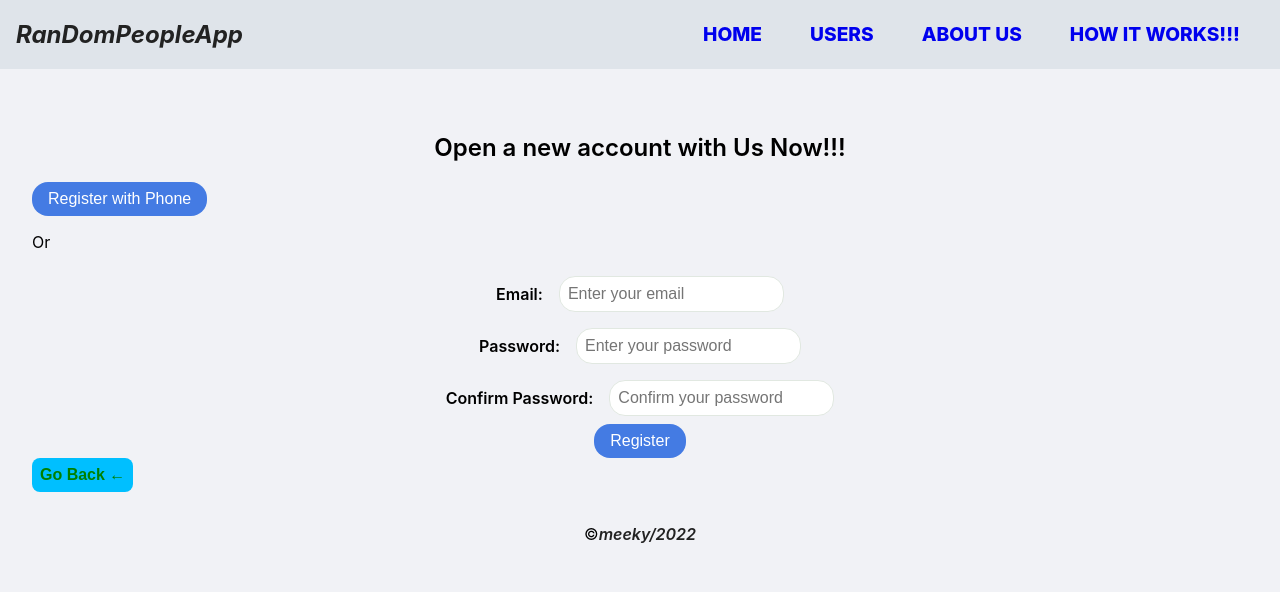
Repository: MikkyPrestige/RandomProfiles
Page: /register
These files come from the project's save history. The page is drawn as it stood at one moment and after the next save; the edit follows.
The browser window is 1280 px wide. The pictures show the whole page.
The page's requests for data from a server got no answer. The project was rebuilt for these pictures with package versions that can differ from the ones it lists, and the page was loaded fresh each time. Some packages were replaced by stand-ins written for this rebuild. No one was signed in, and anything a server would have sent is missing. Also part of the build but not shown: src/assets/styles/home.css, src/components/home.jsx, src/assets/styles/users.css, src/components/users.jsx, src/assets/styles/search.css, src/components/search.jsx, src/assets/styles/help.css, src/components/help.jsx and 9 more.

Above is the page before, as saved 2022-12-06 01:15:30.

### public/index.html
<!DOCTYPE html>
<html lang="en">

<head>
  <meta charset="utf-8" />
  <link rel="icon" href="%PUBLIC_URL%/favicon.ico" />
  <meta name="viewport" content="width=device-width, initial-scale=1" />
  <meta name="theme-color" content="#000000" />
  <meta name="description" content="Web site created using create-react-app" />
  <link rel="apple-touch-icon" href="%PUBLIC_URL%/logo192.png" />
  <!--
      manifest.json provides metadata used when your web app is installed on a
      user's mobile device or desktop. See https://developers.google.com/web/fundamentals/web-app-manifest/
    -->
  <link rel="manifest" href="%PUBLIC_URL%/manifest.json" />
  <!--
      Notice the use of %PUBLIC_URL% in the tags above.
      It will be replaced with the URL of the `public` folder during the build.
      Only files inside the `public` folder can be referenced from the HTML.

      Unlike "/favicon.ico" or "favicon.ico", "%PUBLIC_URL%/favicon.ico" will
      work correctly both with client-side routing and a non-root public URL.
      Learn how to configure a non-root public URL by running `npm run build`.
    -->
  <title>AltSchool Assignment 2</title>
</head>

<body>
  <noscript>You need to enable JavaScript to run this app.</noscript>
  <div id="root"></div>
  <!--
      This HTML file is a template.
      If you open it directly in the browser, you will see an empty page.

      You can add webfonts, meta tags, or analytics to this file.
      The build step will place the bundled scripts into the <body> tag.

      To begin the development, run `npm start` or `yarn start`.
      To create a production bundle, use `npm run build` or `yarn build`.
    -->
</body>

</html>

### src/index.css
body {
  margin: 0;
  font-family: -apple-system, BlinkMacSystemFont, 'Segoe UI', 'Roboto', 'Oxygen',
    'Ubuntu', 'Cantarell', 'Fira Sans', 'Droid Sans', 'Helvetica Neue',
    sans-serif;
  -webkit-font-smoothing: antialiased;
  -moz-osx-font-smoothing: grayscale;
  background-color: #f1f2f6;
}

code {
  font-family: source-code-pro, Menlo, Monaco, Consolas, 'Courier New',
    monospace;
}

### src/App.jsx
import * as React from "react";
import { ErrorBoundary } from "react-error-boundary";
import { Route, Routes } from "react-router-dom";
import {
  Layout,
  Home,
  Users,
  Search,
  Help,
  About,
  Error,
  ErrorFallBack,
  Profile,
  ProfileDisplay,
  Register,
  UpdatePassword,
  Footer,
} from "./components";

const App = () => {
  return (
    <div className="App">
      <main>
        <ErrorBoundary FallbackComponent={ErrorFallBack}>
          <Layout />
          <Routes>
            <Route path="/" element={<Home />} />
            <Route path="users">
              <Route index element={<Users />} />
              <Route path=":id" element={<Search />} />
            </Route>
            <Route path="profile" element={<Profile />} />
            <Route path="profileDisplay" element={<ProfileDisplay />} />
            <Route path="register" element={<Register />} />
            <Route path="update" element={<UpdatePassword />} />
            <Route path="help" element={<Help />} />
            <Route path="about" element={<About />} />
            <Route path="*" element={<Error />} />
          </Routes>
        </ErrorBoundary>
        <Footer />
      </main>
    </div>
  );
};

export default App;

### src/components/index.js
export {  Layout, Back } from "./layout";
export { default as Home } from "./home";
export { default as Users } from "./users";
export { default as Search } from "./search";
export { default as Help } from "./help";
export { default as About } from "./about";
export { default as Error } from "./error";
export { default as ErrorFallBack } from "./errorFallback";
export { default as Profile } from "./profile";
export { default as ProfileDisplay } from "./profileDisplay";
export { default as Register } from "./register";
export { default as UpdatePassword } from "./update";
export { Footer } from "./avatar";

### src/components/layout.jsx
// LAYOUT COMPONENT - This component is for the App Layout that displays the Navigation bar in the app UI to the user when app is open

import { useState } from "react";
import { NavLink } from "react-router-dom";
import "../assets/styles/layout.css";

const CustomNavLink = ({ to, ...props }) => {
  let activeStyle = {
    textDecoration: 'underline',
    color: 'red',
  };

  return (
    <NavLink
      style={({ isActive }) =>
        isActive ? activeStyle : { textDecoration: 'none' }
      }
      to={to}
      end
      {...props}
    />
  );
};


const Layout = () => {

  return (
    <nav className="layout">
      <div className="app-header">
        <h1>RanDomPeopleApp</h1>
      </div>
      <div className="nav__items">
        <CustomNavLink to="/" className="nav__item">Home</CustomNavLink>
        <CustomNavLink to="profile" className="nav__item">Users</CustomNavLink>
        <CustomNavLink to="about" className="nav__item">About us</CustomNavLink>
        <CustomNavLink to="help" className="nav__item">How it works!!!</CustomNavLink>
      </div>
    </nav>
  );
}

//  Navigate back home button
const Back = () => {
  const [isHover, setIsHover] = useState(false);

  const handleMouseEnter = () => {
    setIsHover(true);
 };

  const handleMouseLeave = () => {
    setIsHover(false);
  };

  const style = {
      border: "none",
      borderRadius: ".5rem",
      padding: " .5rem",
      fontSize: "1rem",
      fontWeight: "600",
      cursor: "pointer",
      backgroundColor: isHover ? 'lightblue' : 'rgb(0, 191, 255)',
      color: isHover ? '#f00' : 'green',
    }

  return(
  <NavLink
    to="/"
    className="back__button"
  >
    <button style={style}
      onMouseEnter={handleMouseEnter}
      onMouseLeave={handleMouseLeave}
    >Go Back ← </button>
  </NavLink>
  );
};

export { Layout, Back };

### src/components/register.jsx
import {
  auth,
  onAuthStateChanged,
  createUserWithEmailAndPassword,
  RecaptchaVerifier,
  signInWithPhoneNumber,
} from "../config";
import { useEffect, useState } from "react";
import { useNavigate } from "react-router-dom";
import "../assets/styles/profile.css";
import { Back } from "./layout";

const Register = () => {
  const [user, setUser] = useState(null);
  const [email, setEmail] = useState("");
  const [password, setPassword] = useState("");
  const [confirmPassword, setConfirmPassword] = useState("");
  const [error, setError] = useState("");

  const navigate = useNavigate();

  useEffect(() => {
    onAuthStateChanged(auth, (user) => {
      if (user) {
        navigate("/profileDisplay");
      } else {
        setUser(null);
      }
    });
  }, [navigate]);

  const handleRegister = (e) => {
    e.preventDefault();
    createUserWithEmailAndPassword(auth, email, password, confirmPassword)
      .then(() => {
        // Signed in
        console.log("User account created & signed in!");
      })
      .catch((error) => {
        if (error.code === "auth/email-already-in-use") {
          setError("This email address is already in use!");
        }
        if (error.code === "auth/invalid-email") {
          setError("This email address is invalid!");
        }
        if (error.code === "auth/weak-password") {
          setError("Password should be at least 6 characters");
        }
        if (confirmPassword !== password) {
          setError("Passwords do not match!");
        }
        console.error(error);
      });
  };

  // RecaptchaVerifier
  const recaptchaVerifier = new RecaptchaVerifier(
    "recaptcha-container",
    {
      size: "normal",
      callback: (response) => {
        // reCAPTCHA solved, allow signInWithPhoneNumber.
      },
    },
    auth
  );

  const handlePhoneRegister = (e) => {
    e.preventDefault();
    const phoneNumber = getPhoneNumberFromUserInput();
    const appVerifier = recaptchaVerifier;
    const code = getCodeFromUserInput();
    signInWithPhoneNumber(auth, phoneNumber, appVerifier)
      .then((confirmationResult) => {
        // SMS sent. Prompt user to type the code from the message, then sign the
        // user in with confirmationResult.confirm(code).
        confirmationResult
          .confirm(code)
          .then((result) => {
            // User signed in successfully.
            const user = result.user;
            setUser(user);
            console.log(user);
            // ...
          })
          .catch((error) => {
            // User couldn't sign in (bad verification code?)
           const errorCode = error.code;
           const errorMessage = error.message;
            alert(errorCode, errorMessage);
            // ...
          });
      })
      .catch((error) => {
        // Error; SMS not sent
        // ...
      });
  };

  const getPhoneNumberFromUserInput = () => {
    return window.prompt("Please enter your phone number");
  };

  const getCodeFromUserInput = () => {
    return window.prompt("Please enter the confirmation code");
  };

  return (
    <div className="register">
      <div className="register__container">
        <h2 className="register__title">Open a new account with Us Now!!!</h2>
        <div className="register__phone">
          <div id="recaptcha-container"></div>
          <button onClick={handlePhoneRegister} className="sign__btn">
            Register with Phone
          </button>
          <p className="register__text">Or</p>
        </div>
        <form onSubmit={handleRegister} className="register__form">
          <div className="register__group">
            <label htmlFor="email" className="register__label">
              Email:
            </label>
            <input
              type="email"
              name="email"
              value={email}
              placeholder="Enter your email"
              onChange={(e) => setEmail(e.target.value)}
              className="register__input"
            />
          </div>
          <div className="register__group">
            <label htmlFor="password" className="register__label">
              Password:
            </label>
            <input
              type="password"
              name="password"
              placeholder="Enter your password"
              value={password}
              onChange={(e) => setPassword(e.target.value)}
              className="register__input"
            />
          </div>
          <div className="register__group">
            <label htmlFor="confirmPassword" className="register__label">
              Confirm Password:
            </label>
            <input
              type="password"
              name="confirmPassword"
              placeholder="Confirm your password"
              value={confirmPassword}
              onChange={(e) => setConfirmPassword(e.target.value)}
              className="register__input"
            />
          </div>
          {error && <p className="error">{error}</p>}
          <button type="submit" className="sign__btn">
            Register
          </button>
        </form>
      </div>
      <Back />
    </div>
  );
};

export default Register;

### src/components/avatar.jsx
// AVATAR COMPONENT - This component is for the Images used in the app.

import "../assets/styles/layout.css";

export const Avatar = ({ image = "", alt = "", style = {} }) => {
  return (
    <div className="avatar">
      <img src={image} alt={alt} style={style} />
    </div>
  );
};

// FOOTER COMPONENT - for the attribution

export const Footer = () => {
  return (
    <div className="attribution">
      <footer>
        &copy;
        <a
          href="https://github.com/MeekyBerry"
          target="_blank"
          rel="noreferrer"
          className="footer"
        >
          meeky/2022
        </a>
      </footer>
    </div>
  );
};

### src/assets/styles/layout.css
.layout {
  background-color: #dfe4ea;
  padding: 0rem 1rem;
  color: #222;
  display: flex;
  align-items: center;
  justify-content: space-between;
}

.app-header {
  font-style: italic;
}

.nav__items {
  display: flex;
  align-items: center;
  list-style: none;
  flex-wrap: wrap;
}

.nav__item {
  font-size: 1.2rem;
  font-weight: 800;
  padding: 1rem 1.5rem;
  text-transform: uppercase;
}

.attribution {
  text-align: center;
}

.footer {
  color: #222;
  text-decoration: none;
  cursor: pointer;
  font-style: italic;
  font-weight: 600;
}

### src/config/index.js
// Import the functions you need from the SDKs you need
import { initializeApp } from "firebase/app";
import {
  getAuth,
  signInWithRedirect,
  GoogleAuthProvider,
  getRedirectResult,
  onAuthStateChanged,
  createUserWithEmailAndPassword,
  RecaptchaVerifier,
  signInWithPhoneNumber,
  signInWithEmailAndPassword,
  sendPasswordResetEmail,
  updatePassword,
  signOut,
  deleteUser,
} from "firebase/auth";

// web app's Firebase configuration
const firebaseConfig = {
  apiKey: "AIzaSyCfrfw6chi091bWLqJvanxAUTxgJ5XqEu0",
  authDomain: "random-people-app.firebaseapp.com",
  projectId: "random-people-app",
  storageBucket: "random-people-app.appspot.com",
  messagingSenderId: "1097586453252",
  appId: "1:1097586453252:web:4575afe7663a752ae77e51",
};

// Initialize Firebase
const app = initializeApp(firebaseConfig);
// Setup Google auth provider
const provider = new GoogleAuthProvider();

const auth = getAuth();
auth.languageCode = "it";

export {
  app,
  provider,
  auth,
  signInWithRedirect,
  getRedirectResult,
  onAuthStateChanged,
  createUserWithEmailAndPassword,
  RecaptchaVerifier,
  signInWithPhoneNumber,
  signInWithEmailAndPassword,
  sendPasswordResetEmail,
  updatePassword,
  signOut,
  deleteUser,
};

### src/assets/styles/profile.css
.profile {
  padding: 2rem;
  height: 100%;
}

.or {
  font-size: 1.5rem;
  color: #7fffd4;
  font-weight: bold;
  margin: 1rem 0;
}

.profile__container {
  display: flex;
  flex-direction: column;
  align-items: center;
  justify-content: center;
}

.profile__desc {
  text-align: center;
  max-width: 500px;
  width: 100%;
}

.profile__user {
  background-color: #fff;
  border: 2px solid #e1e8e1;
  border-radius: 1rem;
  box-shadow: 0 0 1rem rgba(0, 0, 0, 0.3);
  padding: 1rem 0;
}

.profile__title {
  font-size: 2rem;
  font-weight: 600;
  font-style: oblique;
}

.profile__paragraph {
  margin: 2rem 0;
}

.profile__detail {
  font-size: 1.2rem;
  font-weight: 400;
}

.profile__link {
  font-size: 1.2rem;
  font-weight: 600;
  background-color: #0651dd;
  color: #f1f2f6;
  padding: 0.4rem;
  border-radius: 0.5rem;
  text-decoration: none;
}

.profile__link:hover {
  background-color: #1550bd;
  color: #fff;
  text-decoration: underline;
}

.profile__buttons {
  display: flex;
  flex-direction: column;
  align-items: center;
  gap: .5rem;
}

.btn__wrapper {
  display: flex;
  justify-content: center;
  align-items: center;
  gap: 5rem;
  margin-top: .5rem;
}

.btn__link {
  font-size: 1.3rem;
  font-weight: 600;
  color: green;
  text-decoration: none;
}

.btn__link:hover {
  text-decoration: underline;
}

.btn {
  background-color: #e1e8e1;
  color: red;
  border: none;
  border-radius: 1rem;
  padding: .5rem;
  font-size: 1rem;
  cursor: pointer;
}

.btn:hover {
  background-color: #d1d8d1;
  color: #0651ddbb;
}

.btn:active {
  background-color: #c1c8c1;
  color: #0651ddbb;
}

.sign__btn {
  background-color: #0651ddbb;
  color: #fff;
  border: none;
  border-radius: 1rem;
  padding: .5rem 1rem;
  font-size: 1rem;
  cursor: pointer;
}

.sign__btn:hover {
  background-color: #0651dd;
  color: #fff;
}

.sign__btn:active {
  background-color: #0651dd;
  color: #fff;
}

.sign__heading {
  font-size: 1.2rem;
  font-weight: 600;
  text-align: center;
  margin-bottom: 1rem;
}

.sign__form {
  display: flex;
  flex-direction: column;
  justify-content: center;
  align-items: center;
}

.sign__label {
  font-size: 1rem;
  font-weight: 600;
  margin-bottom: .5rem;
}

.sign__input {
  border: 1px solid #e1e8e1;
  border-radius: 1rem;
  padding: .5rem;
  font-size: 1rem;
  margin-bottom: 1rem;
}

.sign__input:focus {
  outline: none;
}

.register {
  padding: 2rem;
  height: 100%;
}

.register__container {
  margin-top: 2rem;
}

.register__title {
  font-size: 1.5rem;
  font-weight: 600;
  text-align: center;
}

.register__form {
  display: flex;
  flex-direction: column;
  justify-content: center;
  align-items: center;
}

.register__group {
  display: flex;
  justify-content: center;
  align-items: center;
  gap: 1rem;
  margin: .5rem;
}

.register__label {
  font-size: 1rem;
  font-weight: 600;
}

.register__input {
  border: 1px solid #e1e8e1;
  border-radius: 1rem;
  padding: .5rem;
  font-size: 1rem;
}

.register__input:focus {
  outline: none;
}

.error {
  color: red;
  font-size: 1rem;
  font-weight: 600;
  margin-top: -.5rem;
}

Loaded but not shown: src/index.js (common file)

After the next save:
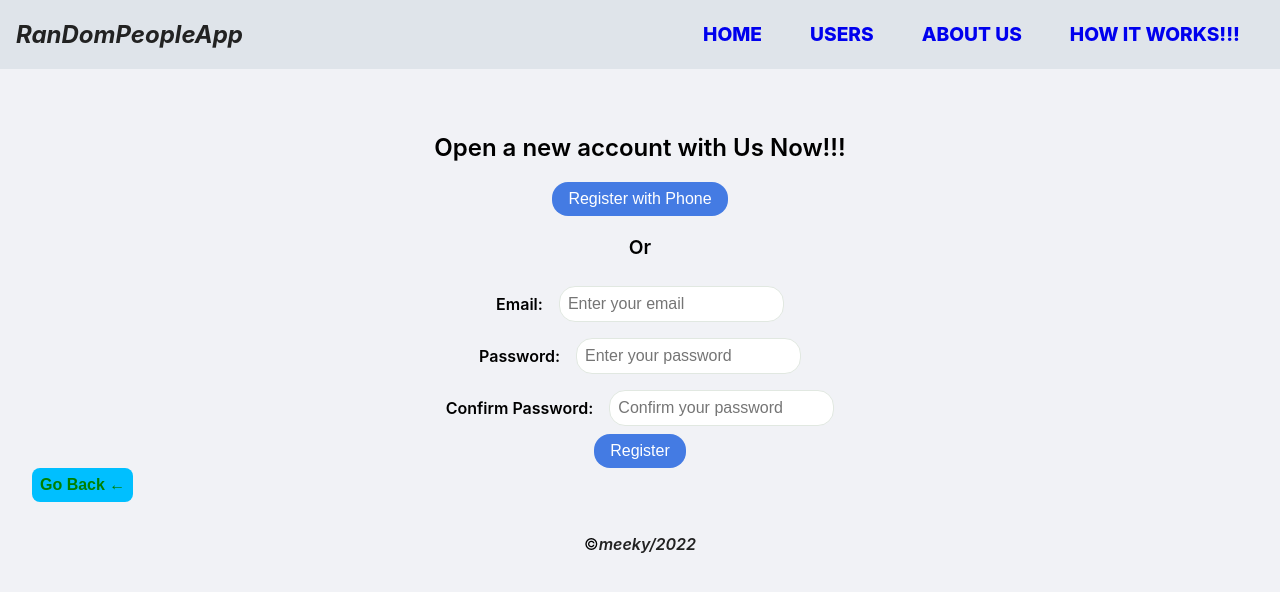
Saved 35 s later.
--- a/src/assets/styles/profile.css
+++ b/src/assets/styles/profile.css
@@ -175,6 +175,13 @@
   text-align: center;
 }
 
+.register__phone {
+  font-size: 1.2rem;
+  font-weight: 600;
+  text-align: center;
+  margin-top: 1rem;
+}
+
 .register__form {
   display: flex;
   flex-direction: column;
